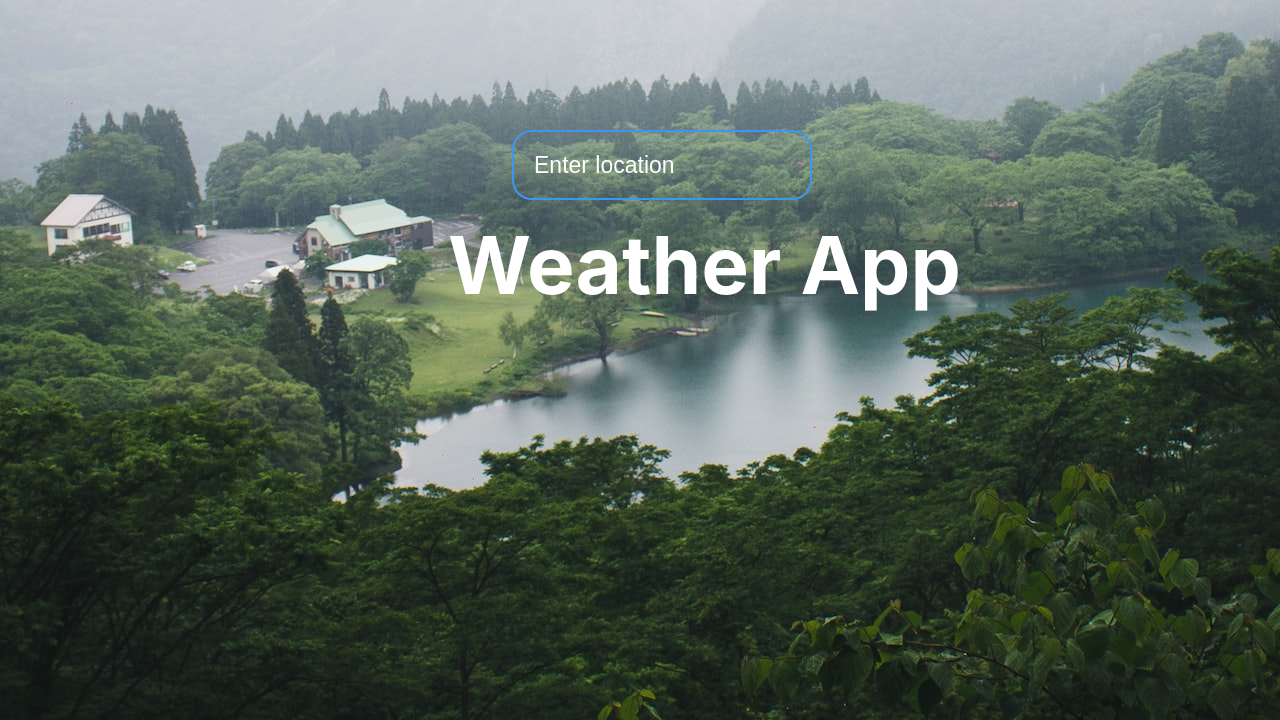
Repository: RenataDzotova/WeatherForecast
Page: /
The author's editor kept a copy of each file at every save. The page is drawn from the files as they stood at one save, then again after the next save.
The browser window is 1280 px wide. The pictures show the whole page.
The project was rebuilt for these pictures with package versions that can differ from the ones it lists, and the page was loaded fresh each time. The framework's server and built-in components were replaced by stand-ins that run in the browser. Also part of the build but not shown: next.config.js, styles/Home.module.css.

Above is the page before, as saved 2023-01-19 16:39:20.

### pages/index.js
import Head from 'next/head'
import Image from 'next/image'
import styles from '../styles/Home.module.css'
import axios from 'axios'
import { useState } from 'react'
import { FlexBox, Wrapper, Text, ImgPlaceholder } from '../styles/global'

export default function Home() {
  const [data, setData] = useState({});
  const [location, setLocation] = useState('');
  const [weather, setWeather] = useState();
  const [errorMessage, setErrorMessage] = useState('')
  const [showTitle, setShowTitle] = useState('Weather App')

  const searchLocation = (event) => {
    if (event.key === "Enter"){
      axios.get(url)
      .then((response) => {
        console.clear()
        setData(response.data)
        console.log(response.data)
        setWeather(response.data.weather)
        setErrorMessage("")
        setShowTitle("")
      }) .catch(err => {
        console.log(err)
        setErrorMessage("Please enter another location")
        setData({})
        setWeather()
      })
      setLocation('')
    }
  }

  var apiKey = "f1c3aba9f416efdb16702d2866709e98";
  var lang = "en";
  var units = "metric";
  const url = `https://api.openweathermap.org/data/2.5/weather?q=${location}&units=${units}&appid=${apiKey}&lang=${lang}`

  return (
    <div className={styles.bg}>
      <Head>
        <title>Create Next App</title>
        <meta name="description" content="Generated by create next app" />
        <link rel="icon" href="/favicon.ico" />
        <link rel="preconnect" href="https://fonts.gstatic.com" crossorigin />
        <link
            href="https://fonts.googleapis.com/css2?family=Plus+Jakarta+Sans:ital,wght@0,200;0,300;0,400;0,500;0,600;0,700;0,800;1,200;1,300;1,400;1,500;1,600;1,700;1,800&display=swap"
            rel="stylesheet"
            />
      </Head>

      <main>


        {
          data &&
            <span>
              {errorMessage}
              <span className='titleText'>
              {showTitle}
              </span>
            </span>
        }


        <input className='inputStyle'
          value = {location}
          onChange={event=> setLocation(event.target.value)}
          placeholder="Enter location"
          onKeyDown={searchLocation}
          type="text"
          style={{position:"absolute", top:"130px", left:"40%" }}
        >
        </input>

        {
          weather && weather.map((w, index) =>{
            return(
              <Wrapper bgImage={ data.main.temp.toFixed() < 0 && w.main=="Snow" ? "/alora-griffiths-HlnFco4i624-unsplash.jpg" : w.main=="Rain" || w.main=="Thunderstorm" ? "/nick-nice-ve-R7PCjJDk-unsplash.jpg" : w.main=="Clouds" ? "/johny-goerend-z_SXPzTMKkc-unsplash.jpg" : "/kenrick-mills-MF9Wy1NA55I-unsplash-2.jpg"} key={index}>

                  <FlexBox dir="column" width="100%" height="100%">
                    <FlexBox dir="column" margin="200px 0 0 0">
                      <Text color="white" fontSize="65px" fontWeight="bold">{data.name}</Text>
                        <FlexBox alignItems="flex-start">
                          <Text color="white" fontSize="90px" fontWeight="bold">{data.main.temp.toFixed()}°</Text>
                          <FlexBox margin="15px 0 12px 10px"><Text color="white" fontSize="30px">{w.main} </Text></FlexBox>
                        </FlexBox>
                    </FlexBox>

                    <FlexBox flexWrap="wrap" margin="100px 0 0 0" bgColor="rgba(227, 227, 227, 0.25)" border="rgba(227, 227, 227) solid 2px" minHeight="130px" width="60%" borderRadius="30px" justifyContent="space-around" padding="0 20px 0 20px">
                      <FlexBox dir="column">
                        <Text color="white" fontSize="65px" fontWeight="700">{data.main.feels_like.toFixed()}°C</Text>
                        <Text color="white">Feels like</Text>
                      </FlexBox>
                      <FlexBox dir="column">
                        <Text color="white" fontSize="65px" fontWeight="700">{data.main.humidity}%</Text>
                        <Text color="white">Humidity</Text>
                      </FlexBox>
                      <FlexBox dir="column">
                        <FlexBox>
                          <Text color="white" fontSize="65px" fontWeight="700">{data.main.pressure}</Text>
                          <Text fontSize="20px" margin="0 0 15px 0" color="white">hPa</Text>
                        </FlexBox>
                        <Text color="white">Pressure</Text>
                      </FlexBox>
                      { data.wind.gust &&
                      <FlexBox dir="column">
                        <FlexBox>
                          <Text color="white" fontSize="65px" fontWeight="700">{data.wind.gust}</Text>
                          <Text fontSize="20px" margin="0 0 15px 0" color="white">M/s</Text>
                        </FlexBox>
                        <Text color="white">Wind</Text>
                      </FlexBox>
                      }
                    </FlexBox>
                  </FlexBox>
              </Wrapper>
            )
          })
        }
      </main>

      {/* <footer className={styles.footer}>
        <a
          href="https://vercel.com?utm_source=create-next-app&utm_medium=default-template&utm_campaign=create-next-app"
          target="_blank"
          rel="noopener noreferrer"
        >
          Powered by{' '}
          <span className={styles.logo}>
            <Image src="/vercel.svg" alt="Vercel Logo" width={72} height={16} />
          </span>
        </a>
      </footer> */}
    </div>
  )
}

### styles/globals.css
html,
body {
  padding: 0;
  margin: 0;
  font-family: -apple-system, BlinkMacSystemFont, Segoe UI, Roboto, Oxygen,
    Ubuntu, Cantarell, Fira Sans, Droid Sans, Helvetica Neue, sans-serif;
  background-image: url("../public/cory-bjork-nkXNnX4BG1k-unsplash.jpg");
  background-position: center;
  background-repeat: no-repeat;
  display: flex;
  justify-content: center;
  align-items: center;
  flex-direction: column;
}

.titleText{
  font-size: 80px;
  font-weight: 700;
  color: white;
  background-color: transparent;
  position: absolute;
  left: 35%;
  top: 30%;
}

a {
  color: inherit;
  text-decoration: none;
}

.inputStyle{
  border-radius: 20px;
  height: 70px;
  width: 300px;
  font-size: 23px;
  padding: 20px;
  background-color: transparent;
  color: rgb(14, 40, 66);
  border: 2px solid rgb(62, 150, 239);
}
::placeholder {
  color: white;
  opacity: 1; /* Firefox */
}

* {
  box-sizing: border-box;
}

@media (prefers-color-scheme: dark) {
  html {
    color-scheme: dark;
  }
  body {
    color: white;
    background: black;
  }
}

### styles/global.js
import styled from 'styled-components';

export const Text = styled.p`
    font-size: ${props=>props.fontSize || "21px"};
    font-weight: ${props=>props.fontWeight || "normal"};
    color: ${props=>props.color};
    margin: ${props=>props.margin || "0px"};

`


export const FlexBox = styled.div`
    display:flex;
    justify-content:${props=>props.justifyContent || "center"};
    align-items:${props=>props.alignItems || "center"};
    flex-direction:${props=>props.dir || "row"};
    flex-wrap: ${props=>props.flexWrap};
    width: ${props=>props.width};
    height: ${props=>props.height};
    background-color: ${props=>props.bgColor};
    padding: ${props=>props.padding};
    margin: ${props=>props.margin || "0px"};
    min-height: ${props=>props.minHeight};
    max-height: ${props=>props.maxHeight};
    background-image: ${props=>props.linearGradient || "none"}, url(${props=>props.bgImage});
    background-position: ${props=>props.bgPosition || "center"};
    background-size: ${props=>props.bgSize || "cover"};
    background-repeat: ${props=>props.bgRepeat};
    border-radius:${props=>props.borderRadius};
    filter: ${props=>props.filter};
    border: ${props=>props.border};
    z-index:${props=>props.zIndex};
    position: ${props=>props.position};
    top: ${props=>props.top};
    left:${props=>props.left};
    bottom: ${props=>props.bottom};
    border-bottom-style: ${props=>props.borderBottom};
    box-shadow: ${props=>props.boxShadow};
    border-top: ${props=>props.topBorder};
    border-bottom: ${props=>props.bottomBorder};
    color: ${props=>props.color};
    font-weight: ${props=>props.fontWeight};
    cursor: ${props=>props.cursor};
    max-width: ${props=>props.maxWidth};
    min-width: ${props=>props.minWidth};
    overflow-y: ${props=>props.overflowY};
    overflow-anchor: ${props=>props.overflowA};
    overflow-x: ${props=>props.overflowX};
`

export const Wrapper = styled(FlexBox) `
    width: 100vw;
    min-width: ${props=>props.minWidth};
    height: ${props=>props.height || "100vh"};
    padding:${props=>props.padding};
    overflow-x: ${props=>props.overflowX};
    overflow-y: ${props=>props.overflowY};
    background-image: ${props=>props.linearGradient || "none"}, url(${props=>props.bgImage});
    background-position: ${props=>props.bgPosition || "center"};
    background-size: ${props=>props.bgSize || "cover"};
`


export const ImgPlaceholder = styled.div`
    width: ${props=>props.width || "134px"};
    height: ${props=>props.height || "154px"};
    border-radius: ${props=>props.borderRadius || "8px 0px 0px 8px"};
    background-image: url(${props=>props.bgImage});
    margin: ${props=>props.margin};
    position: ${props=>props.position};
    top: ${props=>props.top};
    background-position: center;
    background-size: cover;
`

Loaded but not shown: pages/_app.js (common file)

After the next save:
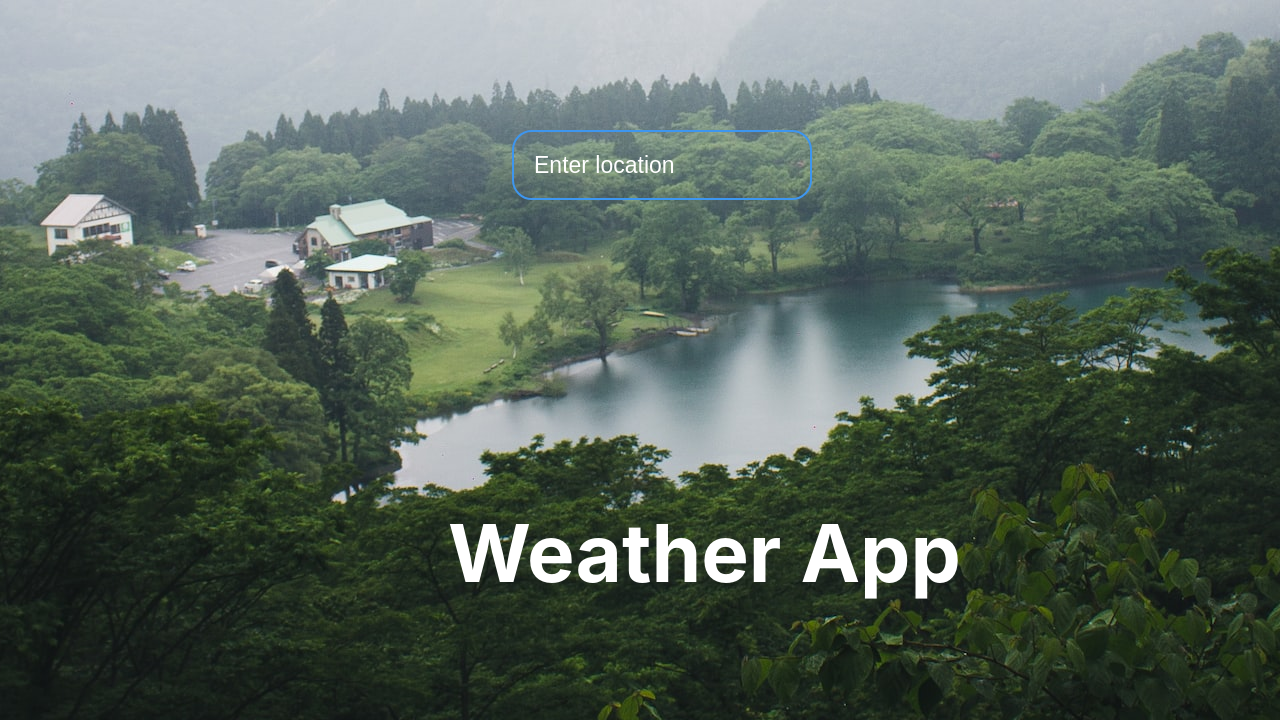
Saved 33 s later.
--- a/styles/globals.css
+++ b/styles/globals.css
@@ -20,7 +20,7 @@
   background-color: transparent;
   position: absolute;
   left: 35%;
-  top: 30%;
+  top: 70%;
 }
 
 a {

After the save that followed:
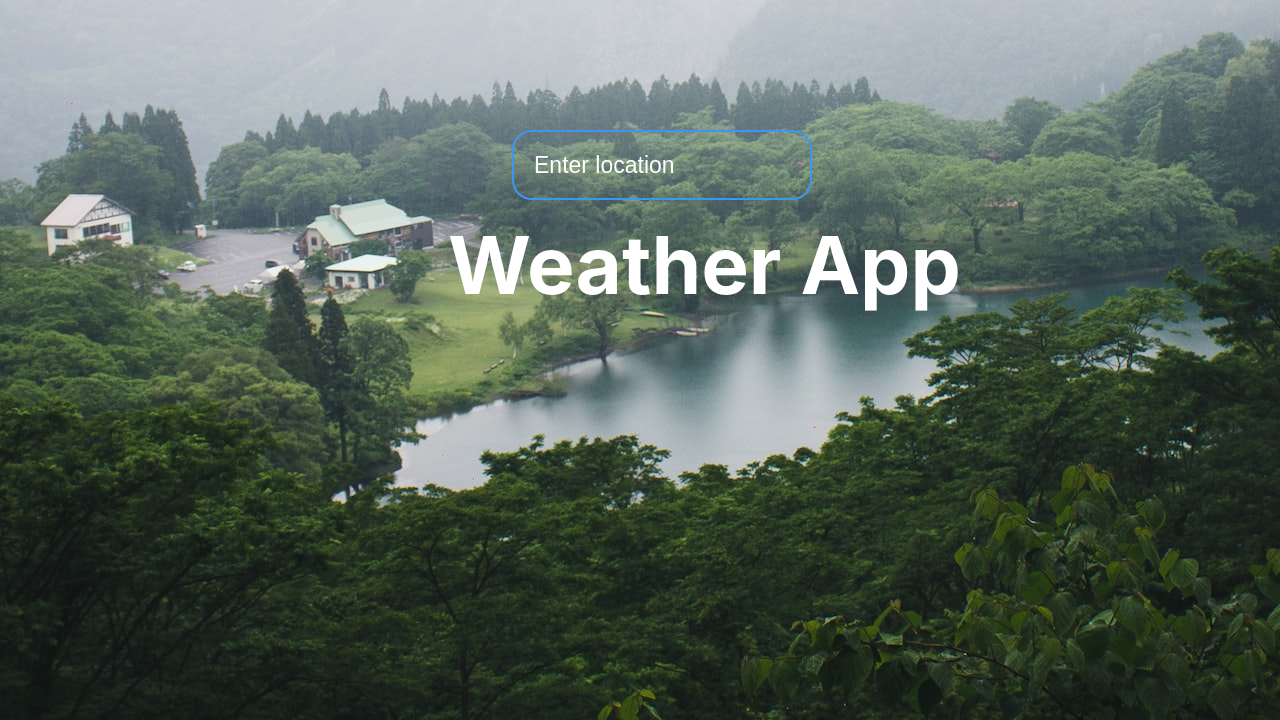
Saved 15 s later.
--- a/styles/globals.css
+++ b/styles/globals.css
@@ -20,7 +20,7 @@
   background-color: transparent;
   position: absolute;
   left: 35%;
-  top: 70%;
+  top: 30%;
 }
 
 a {
